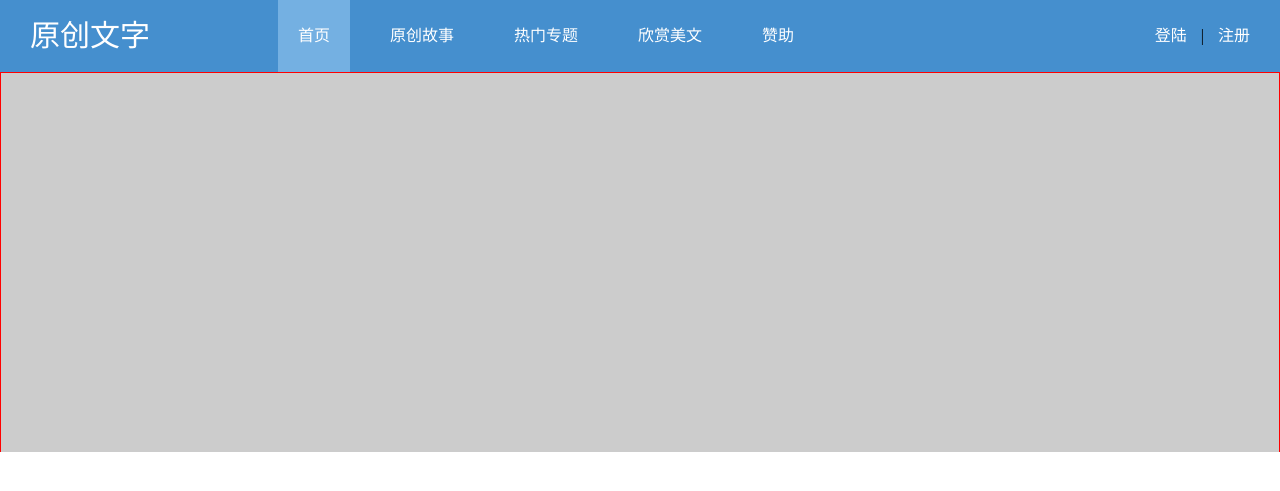
Repository: equation-zheng/Article
Page: http://localhost/Idles/
These files come from the project's save history. The page is drawn as it stood at one moment and after the next save; the edit follows.
The browser window is 1280 px wide. The pictures show the whole page.
The page is served by Tomcat 9. Other server files are loaded and not shown.

Above is the page before, as saved 2017-12-06 02:01:48.

### Service/apache-tomcat-7.0.82/Idles/WebContent/index.jsp
<?xml version="1.0" encoding="UTF-8" ?>
<%@ page language="java" contentType="text/html; charset=UTF-8"
    pageEncoding="UTF-8"%>
<!DOCTYPE html PUBLIC "-//W3C//DTD XHTML 1.0 Transitional//EN" "http://www.w3.org/TR/xhtml1/DTD/xhtml1-transitional.dtd">
<html xmlns="http://www.w3.org/1999/xhtml">
<head>
<meta http-equiv="Content-Type" content="text/html; charset=UTF-8" />
<title>首页</title>
</head>
<style>
	* {
		margin: 0;
		padding: 0;
		font-family: "微软雅黑";
	}
	ul li {
		list-style: none;
	}
	.header {
		height: 72px;
		background: #458fce;
	}
	.header .logo {
		color: #fff;
		line-height: 72px;
		font-size: 30px;
		margin-left: 30px;
		display: inline-block;
		font-weight: 500;
		float: left;
	}
	.header ul .first {
		margin-left: 10%;
		background: #74b0e2;
	}
	.header ul li {
		float: left;
		line-height: 72px;
		margin-left: 20px;
		padding: 0 20px 0 20px;
		color: #fff;

	}
	.header ul li:hover{
		background: #74b0e2;
		color: #D6E1CC;
	}
	.header .login {
		margin-right: 20px;
		float: right;
	}
	.header .login a {
		line-height: 72px;
		color: #fff;
		padding: 0 10px 0 10px;
		display: inline-block;
		text-decoration: none;
	}
	.header .login span a:hover {
		background: #74b0e2;
		color: #D6E1CC;
	}
	.banner {
		height: 380px;
		overflow: hidden;
		background: #ccc;
	}
	.banner ul {
	height: 380px;
		width: 1024*5px;
	}
	.banner ul li {
	height: 380px;
		border: solid 1px red;
	}
</style>
<body>
	<div class="header">
	<div class='logo'>原创文字</div>
		<ul>
			<li class='first'>首页</li>
			<li>原创故事</li>
			<li>热门专题</li>
			<li>欣赏美文</li>
			<li>赞助</li>
		</ul>
		<div class='login'>
			<span><a href="javascript:void(0)">登陆</a></span>
			<span>|</span>
			<span><a href="javascript:void(0)">注册</a></span>
		</div>
	</div>
	<div class="banner">
		<ul>
			<li></li>
		</ul>
	</div>
</body>
</html>

After the next save:
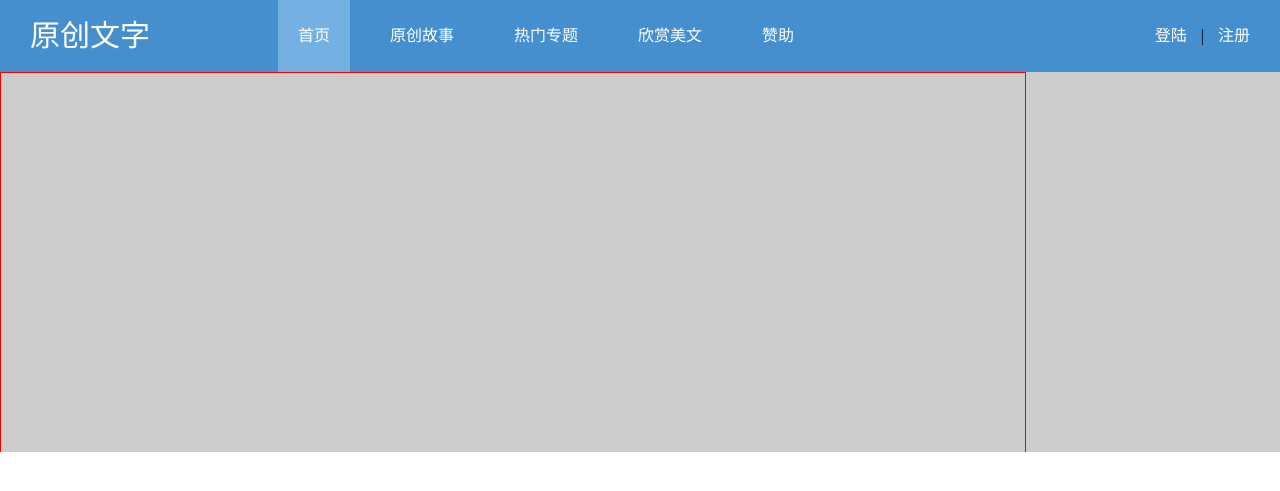
Saved 48 s later.
--- a/Service/apache-tomcat-7.0.82/Idles/WebContent/index.jsp
+++ b/Service/apache-tomcat-7.0.82/Idles/WebContent/index.jsp
@@ -70,7 +70,8 @@
 		width: 1024*5px;
 	}
 	.banner ul li {
-	height: 380px;
+		height: 380px;
+		width: 80%;
 		border: solid 1px red;
 	}
 </style>
